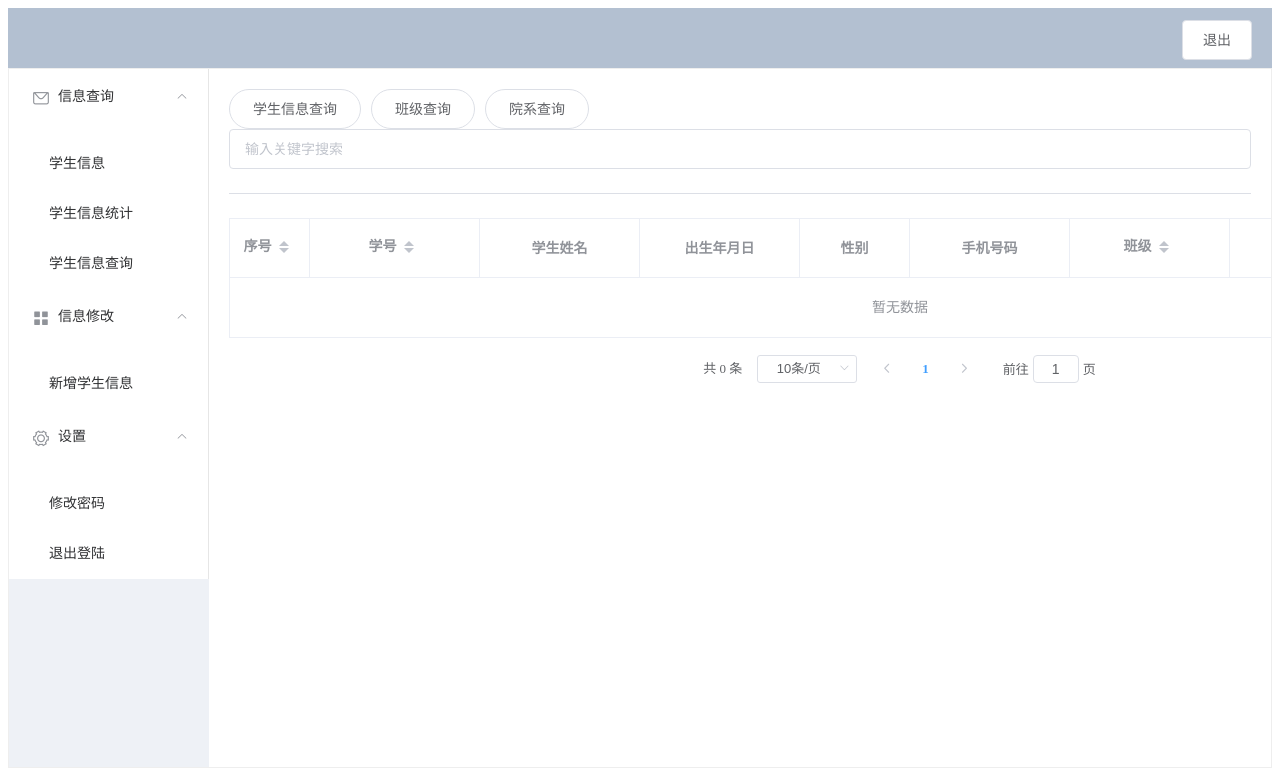
Repository: zhu-jun-xian/Student_information_management_system
Page: /selectstudent (app in front_end/front_end/)
These files come from the project's save history. The page is drawn as it stood at one moment and after the next save; the edit follows.
The browser window is 1280 px wide. The pictures show the whole page.
The page's requests for data from a server got no answer. The project was rebuilt for these pictures with package versions that can differ from the ones it lists, and the page was loaded fresh each time. No one was signed in, and anything a server would have sent is missing. Also part of the build but not shown: front_end/front_end/src/components/login.vue, front_end/front_end/src/components/register.vue.

Above is the page before, as saved 2020-11-23 19:27:34.

### front_end/front_end/index.html
<!DOCTYPE html>
<html>

<head>
    <meta charset="utf-8">
    <meta name="viewport" content="width=device-width,initial-scale=1.0">
    <script src="https://unpkg.com/axios/dist/axios.min.js"></script>
    <title>front_end</title>
</head>

<body>
    <div id="app"></div>
    <!-- built files will be auto injected -->
</body>

</html>

### front_end/front_end/src/App.vue
<template>
  <div id="app">

  <router-view/>
  </div>
</template>
<script>

export default {
  data(){
    return {

    }
  }

}
</script>

### front_end/front_end/src/components/User/selectstudent.vue
<template>
  <div class="hello">
    <div>

        <el-button round span=2 >学生信息查询</el-button>
        <el-button round  span=2  @click.native="selectclassVisible=true">班级查询</el-button>
        <el-button round  span=2 @click.native="selectgendVisible=true">院系查询</el-button>
        <el-input  v-model="search" align="left" span=2  placeholder="输入关键字搜索"/>
      <el-divider></el-divider>
    </div>
    <el-container>

   <div>
    <el-table border class="el-table-column" :data="stuData.slice((currentPage-1)*pageSize,currentPage*pageSize)" :default-sort = "{prop: 'date', order: 'descending'}" style="width: 100%" @row-click="rowclick">
      <el-table-column align="center" header-align="center" prop="stuNum" label="序号" width="80%" sortable></el-table-column>
      <el-table-column align="center" header-align="center" prop="stuID" label="学号"  width="170%" sortable></el-table-column>
      <el-table-column align="center" header-align="center" prop="stuName" label="学生姓名"  width="160%"></el-table-column>
      <el-table-column align="center" header-align="center" prop="stuBirth" label="出生年月日"  width="160%"></el-table-column>
      <el-table-column align="center" header-align="center" prop="stuSex" label="性别"  width="110%"></el-table-column>
      <el-table-column align="center" header-align="center" prop="stuTel" label="手机号码"  width="160%"></el-table-column>
      <el-table-column align="center" header-align="center" prop="stuClass" label="班级"  width="160%" sortable></el-table-column>
      <el-table-column align="center" header-align="center" prop="stuDep" label="系部"  width="160%" sortable></el-table-column>
      <el-table-column align="center" header-align="center" prop="" label="操作"  width="180%">
      <el-button
          size="mini"
          @click.native="UpdateVisible = true">Edit</el-button>

        <el-button
          size="mini"
          type="danger"
          @click.native.prevent="deleteRow()">Delete</el-button></el-table-column>
    </el-table>
    <div class="block" style="margin-top:15px;">
            <el-pagination align='center'
            @size-change="handleSizeChange"
            @current-change="handleCurrentChange"
            :current-page="currentPage"
            :page-sizes="[5,10,20,50]"
            :page-size="pageSize"
            layout="total, sizes, prev, pager, next, jumper"
            :total="stuData.length">
            </el-pagination>
        </div>
    </div>

</el-container>


<el-dialog title="修改学生信息" :visible.sync="UpdateVisible" width="35%">

        <el-form ref="Updateform" :model="Updateform" label-width="100px">
          <el-form-item label="学号" prop="studentnumber">
            <el-input v-model="rowID" plain disabled></el-input>
          </el-form-item>
          <el-form-item label="学生姓名" prop="name">
            <el-input v-model="Updateform.name"></el-input>
          </el-form-item>

          <el-form-item label="出生年月" prop="time" >
                       <el-input v-model="Updateform.time" placeholder="20200501"></el-input>
          </el-form-item>
           <el-form-item label="性别" prop="sex">
                <el-select v-model="Updateform.sex" placeholder="请选择" style="width:100%" >
                     <el-option label="男" value="男"></el-option>
                      <el-option label="女" value="女"></el-option>
                 </el-select>
          </el-form-item>
         <el-form-item label="手机号码" prop="tel">
            <el-input v-model="Updateform.tel"></el-input>
           </el-form-item>
           <el-form-item label="班级" prop="classnumber">
            <el-input v-model="Updateform.classnumber"></el-input>
           </el-form-item>
           <el-form-item label="系部" prop="department">
           <el-select v-model="Updateform.department" placeholder="请选择" style="width:100%" >
            <el-option label="智能制造学部" value="智能制造学部"></el-option>
            <el-option label="土木工程学院" value="土木工程学院"></el-option>
            <el-option label="经济管理学院" value="经济管理学院"></el-option>
            <el-option label="外国语学院" value="外国语学院"></el-option>
            <el-option label="艺术设计学院" value="艺术设计学院"></el-option>
          </el-select>
           </el-form-item>
          <el-form-item>
            <el-button type="primary" @click="updateusermessage">确认</el-button>
            <el-button @click="resetForm('Updateform')">清空</el-button>
          </el-form-item>
        </el-form>
      </span>
    </el-dialog>


  </div>
</template>

<script>
// import selectstudent from '@/components/User/selectstudent'
 export default {

   data() {
      return {
        rowID:'',
        search:'',
         stuData: [{
            stuNum: '',
            stuID: '',
            stuName: '',
            stuBirth:'',
            stuSex:'',
            stuTel:'',
            stuClass:'',
            stuDep:'',
          }],
          currentPage:1,
        pageSize:10,
        ifimg:true,
        stuData:[],
        tabPosition: 'left',
        // dialogVisible: false,
        UpdateVisible: false, //控制对话框的显示和隐藏
        dialog: false,
         imageUrl: '',
      Updateform: {
        studentnumber: "",
        name: "",
        time: "",
        sex: "",
        tel: "",
        classnumber: "",
        department: "",
      },

      };
    },


    methods: {
      updateusermessage(){
         let stuid=this.rowID
         console.log("updateusermessage:"+stuid)
axios({
          method:"post",
          url:"/api/updateMessagesById",
          data:{
            stuID:stuid,
            stuName:this.Updateform.name,
            stuBirth:this.Updateform.time,
            stuSex:this.Updateform.sex,
            stuTel:this.Updateform.tel,
            stuClass:this.Updateform.classnumber,
            stuDep:this.Updateform.department,
          }
        }).then(response=>{
          console.log(response.data)
          this.UpdateVisible=false
          if(response.data=="ok"){
alert("修改成功")
 axios({
          method:"get",
          url:"/api/findAll",
        }).then(response=>{
          let body = response.data;

          console.log(typeof (body));
         this.stuData=body
          console.log(JSON.stringify(body))
        }).catch(err=>{
          console.log("...err...",err)
        });
          }

        }).catch(err=>{
          console.log("...err...",err)
        });
      },



 //删除学生信息
      deleteRow(){
 let stuid=this.rowID
         console.log("deleteRow:"+stuid)
axios({
          method:"post",
          url:"/api/deleteMessagesById",
          data:{
            stuID:stuid
          }
        }).then(response=>{
          console.log(response.data)
          if(response.data=="ok"){
alert("删除成功")
 axios({
          method:"get",
          url:"/api/findAll",
        }).then(response=>{
          let body = response.data;

          console.log(typeof (body));
         this.stuData=body
          console.log(JSON.stringify(body))
        }).catch(err=>{
          console.log("...err...",err)
        });
          }

        }).catch(err=>{
          console.log("...err...",err)
        });
      },

//获取一行的学号
      rowclick(row){
        this.rowID=row.stuID
        console.log("rowclick:"+row.stuID)
        return row.stuID
      },


      handleClose(key, keyPath) {
        console.log(key, keyPath);
      },

//清空表单
    resetForm(formName) {
        this.$refs[formName].resetFields();
      },

            //分页
        handleSizeChange(val) {
         console.log(`每页 ${val} 条`);
         this.currentPage = 1;
         this.pageSize = val;
        },
        handleCurrentChange: function(val) {
            this.currentPage = val;
        },

    },
    //获取表格数据
    created(){
      var name = this.$route.query.username;
      console.log(name)
       this.username=name;
       console.log(this.username)
          axios({
          method:"get",
          url:"/api/findAll",
        }).then(response=>{
          let body = response.data;

          console.log(typeof (body));
         this.stuData=body
          console.log(JSON.stringify(body))
        }).catch(err=>{
          console.log("...err...",err)
        });
    },
    computed : {
     stuData(){
        if(this.search) {
          return this.stuData.filter(item =>{
            return Object.keys(item).some(key => {    //1，2
              return String(item[key]).toLowerCase().indexOf(this.search) > -1    //3
            })
          }
          )
        }else return this.stuData    //4
     }
    }

  }

</script>


<!-- Add "scoped" attribute to limit CSS to this component only -->
<style>
.el-header {
    background-color: #B3C0D1;
    color: #333;
    line-height: 60px;
  }

  .el-aside {
    color: #333;
  }

  .avatar-uploader .el-upload {
    border: 1px dashed #d9d9d9;
    border-radius: 6px;
    cursor: pointer;
    position: relative;
    overflow: hidden;
  }
  .avatar-uploader .el-upload:hover {
    border-color: #409EFF;
  }
  .avatar-uploader-icon {
    font-size: 28px;
    color: #8c939d;
    width: 178px;
    height: 178px;
    line-height: 178px;
    text-align: center;
  }
  .avatar {
    width: 178px;
    height: 178px;
    display: block;
  }
</style>

### front_end/front_end/src/components/User/inforstudent.vue
<template>
  <div class="hello">
    <el-container>

   <div>
    <el-table border class="el-table-column" :data="stuData.slice((currentPage-1)*pageSize,currentPage*pageSize)" style="width: 100%" @row-click="rowclick">
      <el-table-column align="center" header-align="center" prop="stuNum" label="序号" width="80%"></el-table-column>
      <el-table-column align="center" header-align="center" prop="stuID" label="学号"  width="170%"></el-table-column>
      <el-table-column align="center" header-align="center" prop="stuName" label="学生姓名"  width="160%"></el-table-column>
      <el-table-column align="center" header-align="center" prop="stuBirth" label="出生年月日"  width="160%"></el-table-column>
      <el-table-column align="center" header-align="center" prop="stuSex" label="性别"  width="110%"></el-table-column>
      <el-table-column align="center" header-align="center" prop="stuTel" label="手机号码"  width="160%"></el-table-column>
      <el-table-column align="center" header-align="center" prop="stuClass" label="班级"  width="160%"></el-table-column>
      <el-table-column align="center" header-align="center" prop="stuDep" label="系部"  width="160%"></el-table-column>
      <el-table-column align="center" header-align="center" prop="" label="操作"  width="180%">
      <el-button
          size="mini"
          @click.native="UpdateVisible = true">Edit</el-button>

        <el-button
          size="mini"
          type="danger"
          @click.native.prevent="deleteRow()">Delete</el-button></el-table-column>
    </el-table>
    <div class="block" style="margin-top:15px;">
            <el-pagination align='center'
            @size-change="handleSizeChange"
            @current-change="handleCurrentChange"
            :current-page="currentPage"
            :page-sizes="[5,10,20,50]"
            :page-size="pageSize"
            layout="total, sizes, prev, pager, next, jumper"
            :total="stuData.length">
            </el-pagination>
        </div>
    </div>

</el-container>


<el-dialog title="修改学生信息" :visible.sync="UpdateVisible" width="35%">
      <span>
        <el-form ref="Updateform" :model="Updateform" label-width="100px">
          <el-form-item label="学号" prop="studentnumber">
            <el-input v-model="rowID" plain disabled></el-input>
          </el-form-item>
          <el-form-item label="学生姓名" prop="name">
            <el-input v-model="Updateform.name"></el-input>
          </el-form-item>

          <el-form-item label="出生年月" prop="time" >
                       <el-input v-model="Updateform.time" placeholder="20200501"></el-input>
          </el-form-item>
           <el-form-item label="性别" prop="sex">
                <el-select v-model="Updateform.sex" placeholder="请选择" style="width:100%" >
                     <el-option label="男" value="男"></el-option>
                      <el-option label="女" value="女"></el-option>
                 </el-select>
          </el-form-item>
         <el-form-item label="手机号码" prop="tel">
            <el-input v-model="Updateform.tel"></el-input>
          </el-form-item>
           <el-form-item label="班级" prop="classnumber">
            <el-input v-model="Updateform.classnumber"></el-input>
          </el-form-item>
          <el-form-item label="系部" prop="department">
       <el-select v-model="Updateform.department" placeholder="请选择" style="width:100%" >
            <el-option label="智能制造学部" value="智能制造学部"></el-option>
            <el-option label="土木工程学院" value="土木工程学院"></el-option>
            <el-option label="经济管理学院" value="经济管理学院"></el-option>
            <el-option label="外国语学院" value="外国语学院"></el-option>
            <el-option label="艺术设计学院" value="艺术设计学院"></el-option>
       </el-select>
       </el-form-item>
          <el-form-item>
            <el-button type="primary" @click="updateusermessage">确认</el-button>
            <el-button @click="resetForm('Updateform')">清空</el-button>
          </el-form-item>
        </el-form>
      </span>
    </el-dialog>


  </div>
</template>

<script>
// import selectstudent from '@/components/User/selectstudent'
 export default {

   data() {
      return {
        rowID:'',
         stuData: [{
            stuNum: '',
            stuID: '',
            stuName: '',
            stuBirth:'',
            stuSex:'',
            stuTel:'',
            stuClass:'',
            stuDep:'',
          }],
          currentPage:1,
        pageSize:10,
        ifimg:true,
        stuData:[],
        tabPosition: 'left',
        // dialogVisible: false,
        UpdateVisible: false, //控制对话框的显示和隐藏
        dialog: false,
         imageUrl: '',
      Updateform: {
        studentnumber: "",
        name: "",
        time: "",
        sex: "",
        tel: "",
        classnumber: "",
        department: "",
      },

      };
    },


    methods: {
      updateusermessage(){
         let stuid=this.rowID
         console.log("updateusermessage:"+stuid)
axios({
          method:"post",
          url:"/api/updateMessagesById",
          data:{
            stuID:stuid,
            stuName:this.Updateform.name,
            stuBirth:this.Updateform.time,
            stuSex:this.Updateform.sex,
            stuTel:this.Updateform.tel,
            stuClass:this.Updateform.classnumber,
            stuDep:this.Updateform.department,
          }
        }).then(response=>{
          console.log(response.data)
          this.UpdateVisible=false
          if(response.data=="ok"){
alert("修改成功")
 axios({
          method:"get",
          url:"/api/findAll",
        }).then(response=>{
          let body = response.data;

          console.log(typeof (body));
         this.stuData=body
          console.log(JSON.stringify(body))
        }).catch(err=>{
          console.log("...err...",err)
        });
          }

        }).catch(err=>{
          console.log("...err...",err)
        });
      },



 //删除学生信息
      deleteRow(){
 let stuid=this.rowID
         console.log("deleteRow:"+stuid)
axios({
          method:"post",
          url:"/api/deleteMessagesById",
          data:{
            stuID:stuid
          }
        }).then(response=>{
          console.log(response.data)
          if(response.data=="ok"){
alert("删除成功")
 axios({
          method:"get",
          url:"/api/findAll",
        }).then(response=>{
          let body = response.data;

          console.log(typeof (body));
         this.stuData=body
          console.log(JSON.stringify(body))
        }).catch(err=>{
          console.log("...err...",err)
        });
          }

        }).catch(err=>{
          console.log("...err...",err)
        });
      },

//获取一行的学号
      rowclick(row){
        this.rowID=row.stuID
        console.log("rowclick:"+row.stuID)
        return row.stuID
      },


      handleClose(key, keyPath) {
        console.log(key, keyPath);
      },

//清空表单
    resetForm(formName) {
        this.$refs[formName].resetFields();
      },

            //分页
        handleSizeChange(val) {
         console.log(`每页 ${val} 条`);
         this.currentPage = 1;
         this.pageSize = val;
        },
        handleCurrentChange: function(val) {
            this.currentPage = val;
        },

    },
    //获取表格数据
    created(){
      var name = this.$route.query.username;
      console.log(name)
       this.username=name;
       console.log(this.username)
          axios({
          method:"get",
          url:"/api/findAll",
        }).then(response=>{
          let body = response.data;

          console.log(typeof (body));
         this.stuData=body
          console.log(JSON.stringify(body))
        }).catch(err=>{
          console.log("...err...",err)
        });
    },

  }

</script>


<!-- Add "scoped" attribute to limit CSS to this component only -->
<style>
.el-header {
    background-color: #B3C0D1;
    color: #333;
    line-height: 60px;
  }

  .el-aside {
    color: #333;
  }

  .avatar-uploader .el-upload {
    border: 1px dashed #d9d9d9;
    border-radius: 6px;
    cursor: pointer;
    position: relative;
    overflow: hidden;
  }
  .avatar-uploader .el-upload:hover {
    border-color: #409EFF;
  }
  .avatar-uploader-icon {
    font-size: 28px;
    color: #8c939d;
    width: 178px;
    height: 178px;
    line-height: 178px;
    text-align: center;
  }
  .avatar {
    width: 178px;
    height: 178px;
    display: block;
  }
</style>

Loaded but not shown: front_end/front_end/src/router/index.js (39 lines, source omitted); front_end/front_end/src/main.js (20 lines, source omitted); front_end/front_end/src/components/user.vue (430 lines, source omitted)

After the next save:
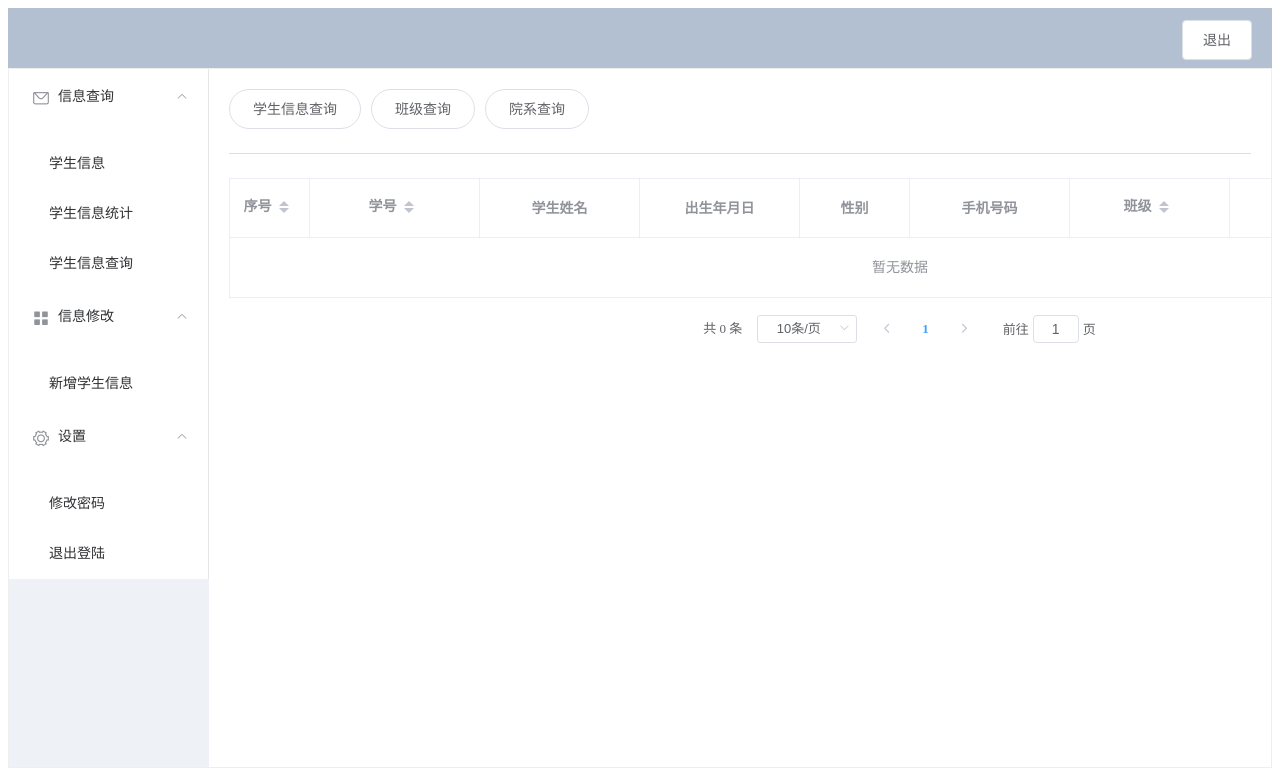
Saved 59 s later.
--- a/front_end/front_end/src/components/User/selectstudent.vue
+++ b/front_end/front_end/src/components/User/selectstudent.vue
@@ -5,7 +5,7 @@
         <el-button round span=2 >学生信息查询</el-button>
         <el-button round  span=2  @click.native="selectclassVisible=true">班级查询</el-button>
         <el-button round  span=2 @click.native="selectgendVisible=true">院系查询</el-button>
-        <el-input  v-model="search" align="left" span=2  placeholder="输入关键字搜索"/>
+
       <el-divider></el-divider>
     </div>
     <el-container>
